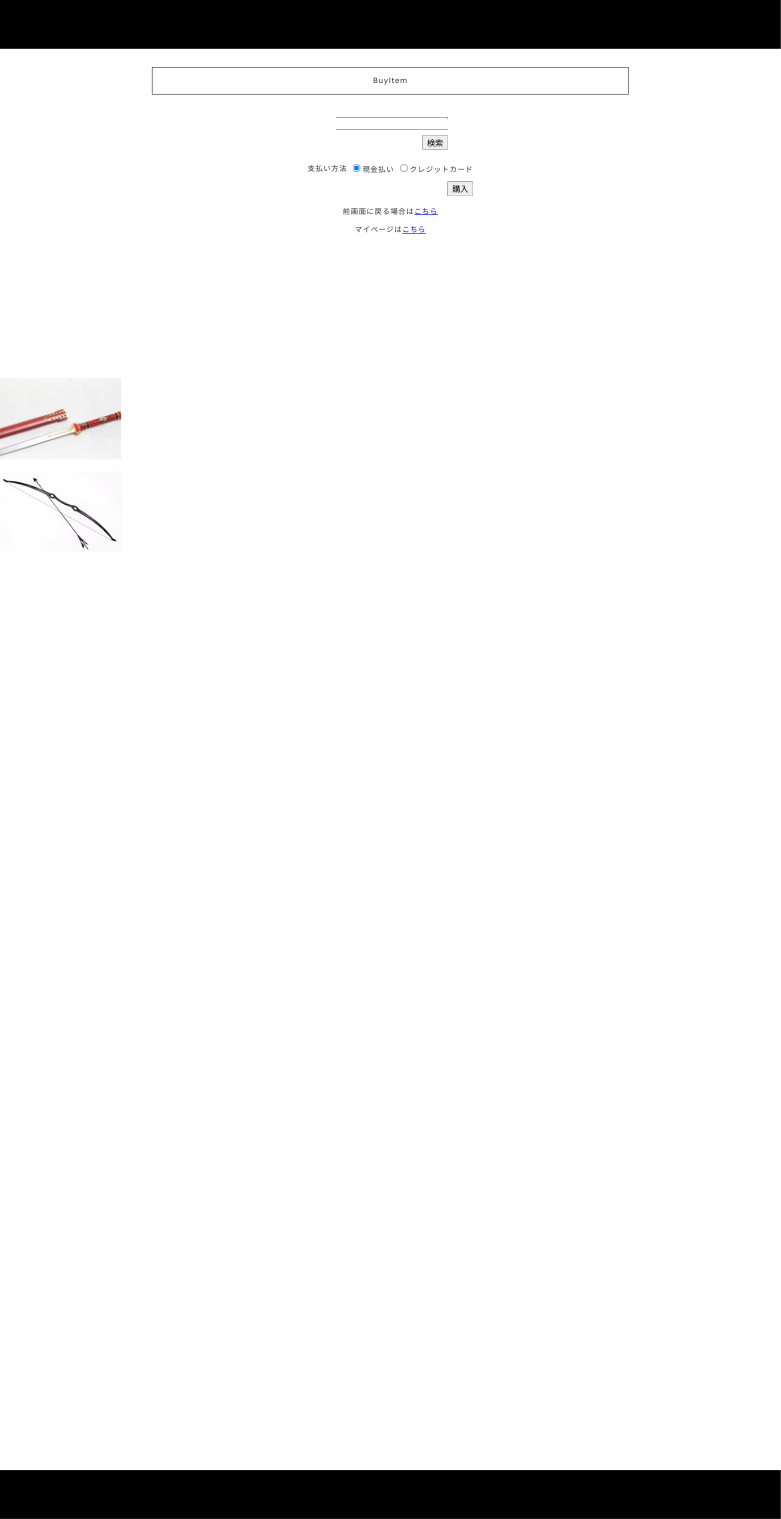
Repository: kanav0208/test
Page: http://localhost/ecsite/buyItem.jsp
These files come from the project's save history. The page is drawn as it stood at one moment and after the next save; the edit follows.
The browser window is 1280 px wide. The pictures show the whole page, at 61% of full size.
The page is served by Tomcat 9. Other server files are loaded and not shown.

Above is the page before, as saved 2018-02-27 06:49:33.

### ecsite/WebContent/buyItem.jsp
<%@ page language="java" contentType="text/html; charset=UTF-8"
	pageEncoding="UTF-8"%>
<%@ taglib prefix="s" uri="/struts-tags"%>

<!DOCTYPE html>
<html>
<head>
	<meta charset="utf-8">
	<meta http-equiv="Content-Type" content="text/html; charset=utf-8" />
	<meta http-equiv="Content-Style-Type" content="text/css" />
	<meta http-equiv="Content-Script-Type" content="text/javascript" />
	<meta http-equiv="imagetoolbar" content="no" />
	<meta name="description" content="" />
	<meta name="keywords" content="" />
	<meta charset="utf-8">
	<title>BuyItem画面</title>
	<style type="text/css">
	/* ========TAG LAYOUT======== */
		body {
		   margin:0;
		   padding:0;
		   line-height:1.6;
		   letter-spacing:1px;
		   font-family:Verdana, Helvetica, sans-serif;
		   font-size:12px;
		   color:#333;
		   background:#fff;
		}



		table {
			text-align:center;
			margin:0 auto;
		}

	/* ========ID LAYOUT======== */
		#top {
		   width:780px;
		   margin:30px auto;
		   border:1px solid #333;
		}

		#header {
		   width: 100%;
		   height: 80px;
		   background-color: black;
		}



		#main {
		   width: 100%;
		   height: 2300px;
		   text-align: center;
		}

		#footer {
			width: 100%;
			height: 80px;
			background-color: black;
			clear:both;
		}

		.buttons{

    display: block;
    position: absolute;

    bottom: 20px;

    width:1%;

    z-index: 4;

    text-align:left;

    height:100px;

}
.buttons a{
    /* ここで改行される */
    inline-block;
    display: block;

    position: relative;

    /* ここで中央寄せ */
    margin: 0 auto;

    width: 30%;
    max-width: 400px;
    min-width: 200px;
    padding-top: 20px;
    padding:right:400px;

}
.buttons img{
    display: block;

    width: 100%;
    max-width: 400px;
    min-width: 200px;

    /*border-radius: 10px;*/
}

	</style>
</head>
<body>
	<div class="buttons">
       <a href=""><img src="./image/ken.jpg"/></a>
       <a href=""><img src="./image/yumi.jpg"/></a>
</div>
	<div id="header">
	 	<div id="pr">
		</div>
	</div>
	<div id="main">
		<div id="top">
			<p>BuyItem</p>
		</div>
		<div>
		<s:form action="ItemSearchAction">

			<tr>
				<td>
					<s:textfield name="searchWord" value=""/>
				</td>
				<td>
					<s:submit value="検索"/>
				</td>
			</tr>

		</s:form>

		<s:if test="message != ''">
			<h3><s:property value="message" escape="false"/></h3>
		</s:if>

		<s:form action="BuyItemAction">
			<table>
				<s:iterator value="buyItemDTOList">

				<tr>
					<td>
						<h3><s:property value="itemName"/></h3>
					</td>
				</tr>



				<tr>
					<td>
						<span>値段</span>
					</td>
					<td>
						<s:property value="itemPrice" /><span>円</span>
					</td>
				</tr>
				<tr>
					<td>
						<span>在庫</span>
					</td>
					<td>
					<s:if test="item_stock>0">
						<s:property value="item_stock"/>
					</s:if>
					<s:else>
						<span>品切れ</span>
					</s:else>
					</td>
				</tr>

				<tr>
					<td>
						<span>購入個数</span>
					</td>
					<td>
					<s:if test="item_stock>0">
						<select name="count">
							<option value="0" selected="selected">0</option>
							<option value="1">1</option>
							<option value="2">2</option>
							<option value="3">3</option>
							<option value="4">4</option>
							<option value="5">5</option>
						</select>
					</s:if>
					<s:else>
						<select name="count">
							<option value="0" selected="selected">0</option>
						</select>
					</s:else>
					</td>
				</tr>
				<tr>
					<td>
						<br>
					</td>
				</tr>
				</s:iterator>
				<tr>

					<td>
						<span>支払い方法</span>
					</td>
					<td>
						<input type="radio" name="pay" value="1" checked="checked">現金払い
						<input type="radio" name="pay" value="2">クレジットカード
					</td>
				</tr>

				<tr>
					<td>
						<s:submit value="購入"/>
					</td>
				</tr>

			</table>
		</s:form>

			<div>
				<p>前画面に戻る場合は<a href='<s:url action="GoHomeAction" />'>こちら</a></p>
				<p>マイぺージは<a href='<s:url action="MyPageAction" />'>こちら</a></p>
			</div>
		</div>
	</div>
	<div id="footer">
	 	<div id="pr">
		</div>
	</div>
</body>
</html>

After the next save:
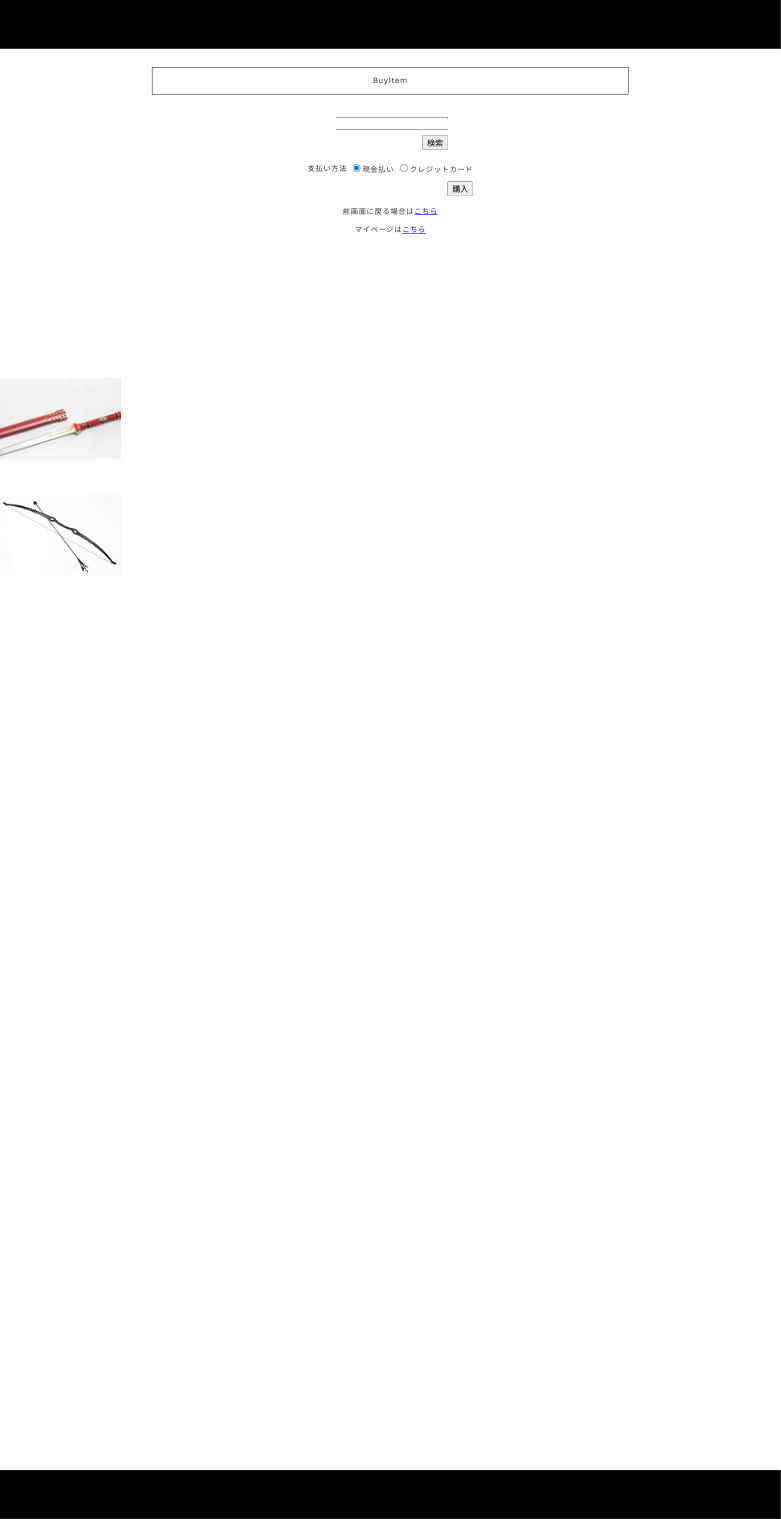
Saved 55 s later.
--- a/ecsite/WebContent/buyItem.jsp
+++ b/ecsite/WebContent/buyItem.jsp
@@ -109,7 +109,7 @@
 </head>
 <body>
 	<div class="buttons">
-       <a href=""><img src="./image/ken.jpg"/></a>
+       <a href=""><img src="./image/ken.jpg"/></a><br><br>
        <a href=""><img src="./image/yumi.jpg"/></a>
 </div>
 	<div id="header">
